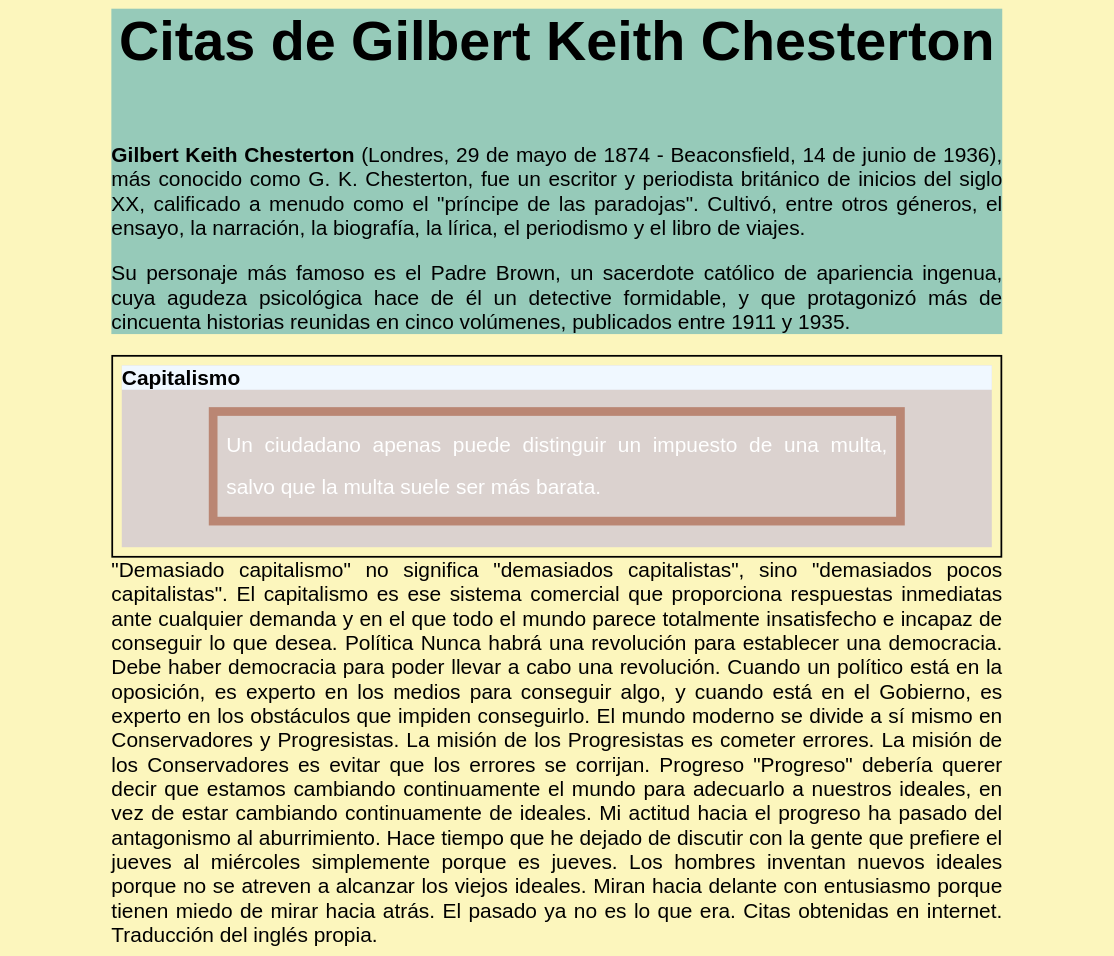
Repository: EmilyMachuca-Developer/Advanced-Programming-Projects
Page: index.html
The author's editor kept a copy of each file at every save. The page is drawn from the files as they stood at one save, then again after a run of saves.
The browser window is 1280 px wide. The pictures show the whole page, at 87% of full size.

Above is the page before, as saved 2024-02-26 20:34:53.

After the next 2 saves:
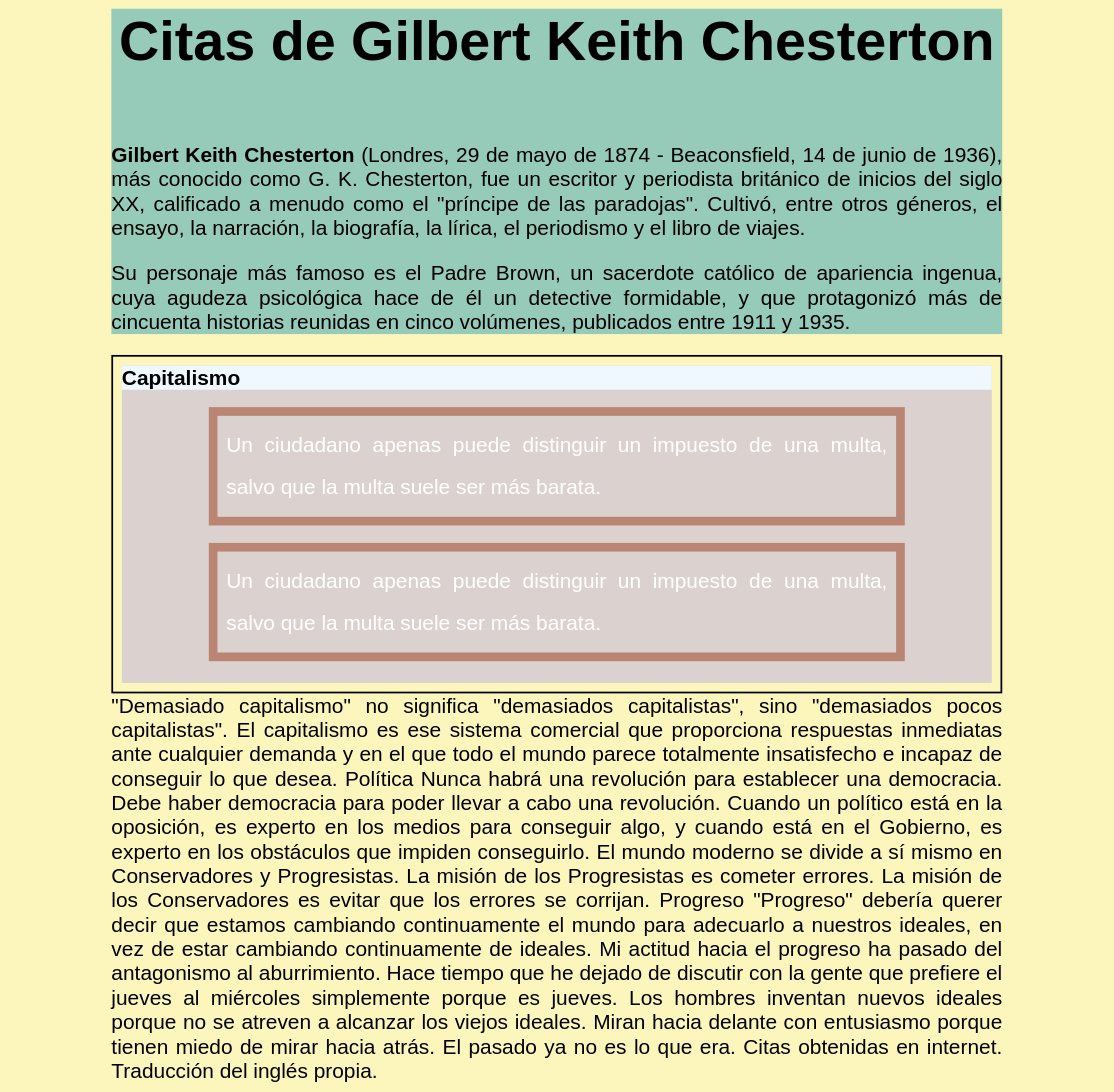
The 2 saves are shown as one change because they came seconds apart.
The last was saved 26 s later.
--- a/index.html
+++ b/index.html
@@ -12,7 +12,9 @@
         <p>Su personaje más famoso es el Padre Brown, un sacerdote católico de apariencia ingenua, cuya agudeza psicológica hace de él un detective formidable, y que protagonizó más de cincuenta historias reunidas en cinco volúmenes, publicados entre 1911 y 1935.</p>
     </div>
     <main><section><div style="background-color: aliceblue;"><h7><strong>Capitalismo</strong></h7></div>
-        <div><p>Un ciudadano apenas puede distinguir un impuesto de una multa, salvo que la multa suele ser más barata.</p></div></section></main>
+        <div><p>Un ciudadano apenas puede distinguir un impuesto de una multa, salvo que la multa suele ser más barata.</p>
+            <div><p>Un ciudadano apenas puede distinguir un impuesto de una multa, salvo que la multa suele ser más barata.</p></div>
+        </div></section></main>
 
 
 
